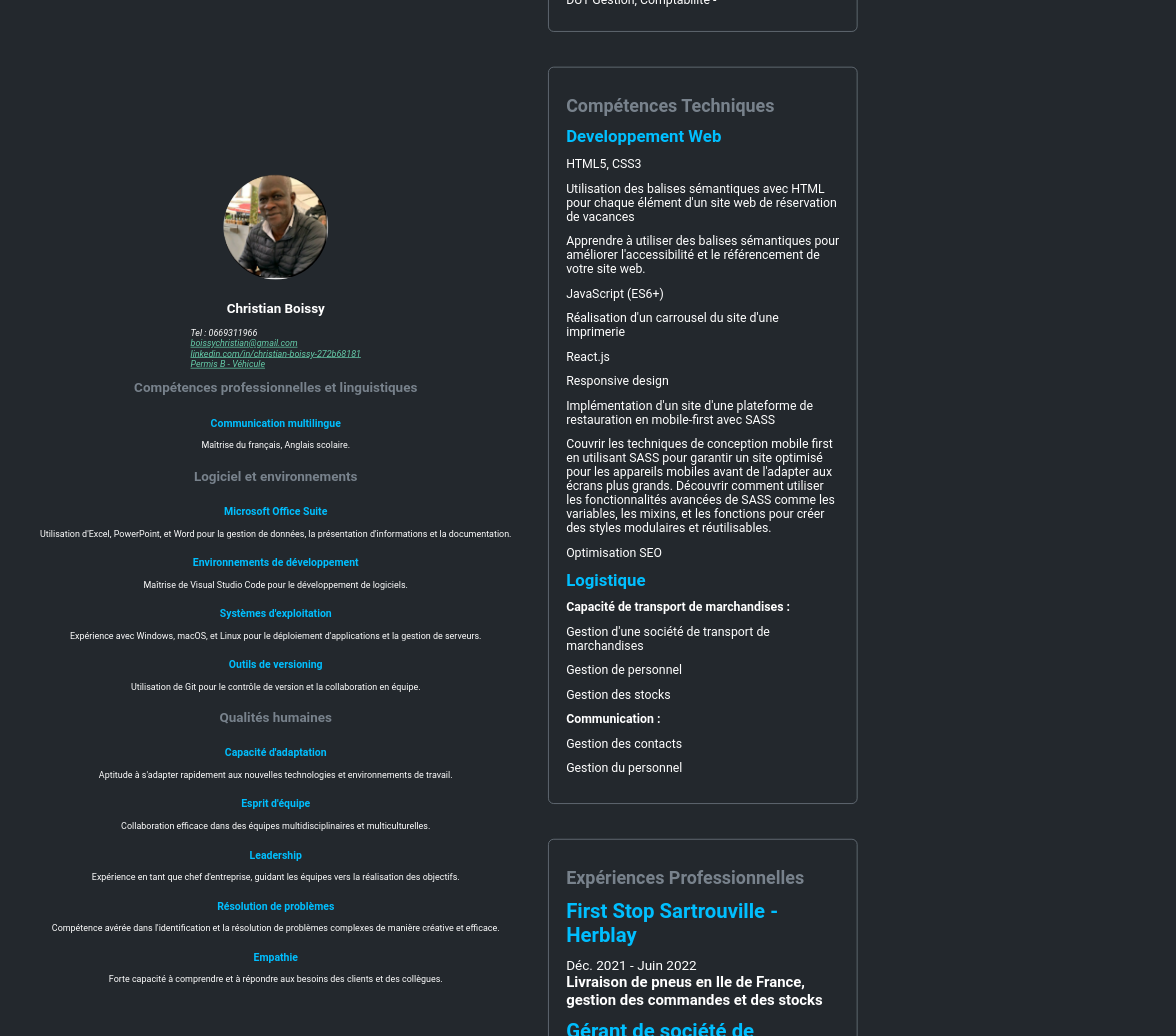
Repository: Christian121966/cv-logistique
Page: /
The author's editor kept a copy of each file at every save. The page is drawn from the files as they stood at one save, then again after a run of saves.
The browser window is 1280 px wide. The page is 1680 px wide, so the pictures cover 1680 px, including what lies to the right of the window. The pictures show the part of the page from y = 438 to 1918 px (the page is 2517 px tall before and 2572 px after), at 70% of full size.
The project was rebuilt for these pictures with package versions that can differ from the ones it lists, and the page was loaded fresh each time.

Above is the page before, as saved 2024-07-27 19:11:50.

After the next 5 saves:
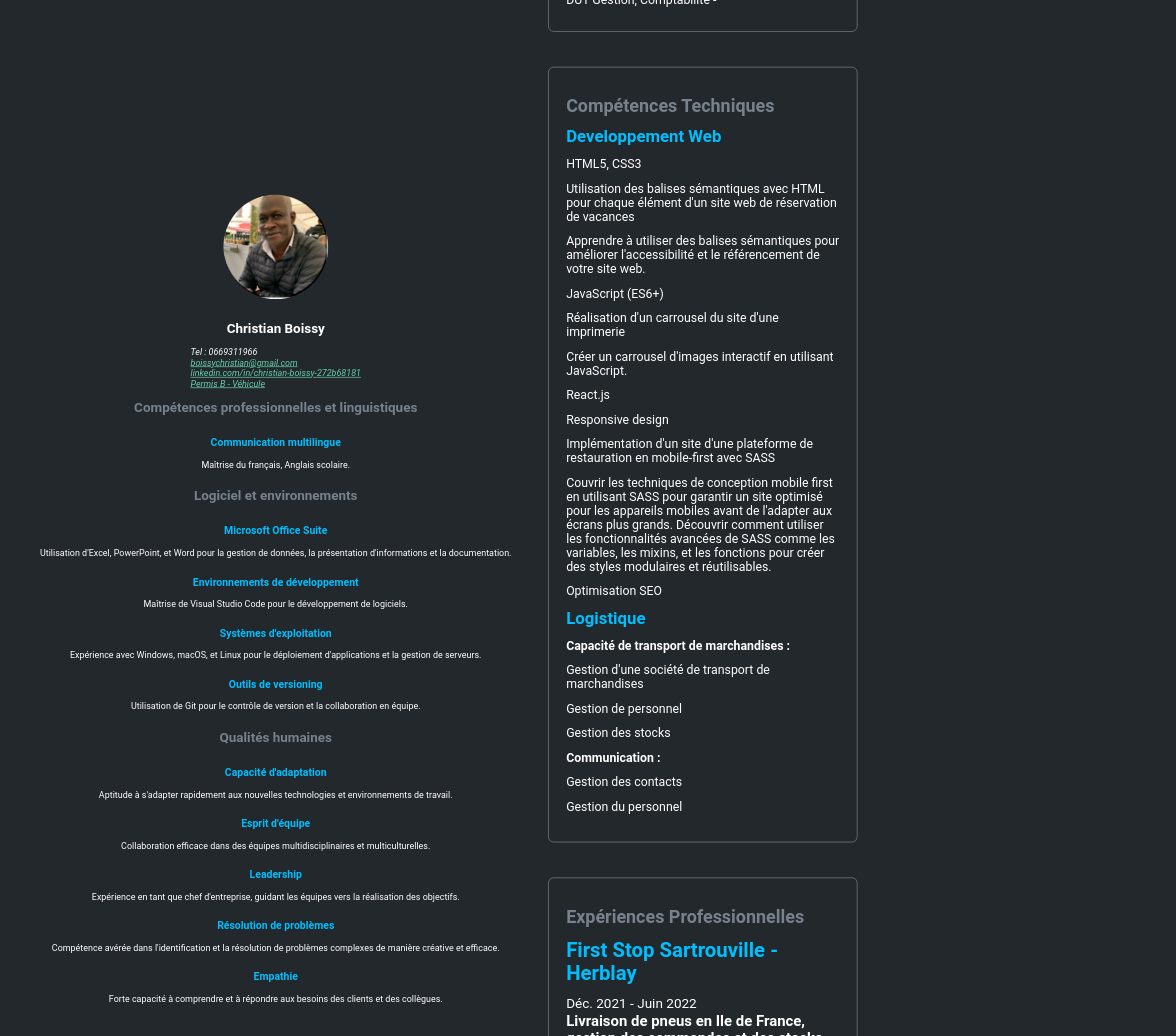
The 5 saves are shown as one change because they came seconds apart.
The last was saved 54 s later.
--- a/src/data/cvData.js
+++ b/src/data/cvData.js
@@ -19,6 +19,7 @@ const cvData = {
         "Apprendre à utiliser des balises sémantiques pour améliorer l'accessibilité et le référencement de votre site web.",
         "JavaScript (ES6+)",
         "Réalisation d'un carrousel du site d'une imprimerie",
+        "Créer un carrousel d'images interactif en utilisant JavaScript.",
         "React.js",
         "Responsive design",
         "Implémentation d'un site d'une plateforme de restauration en mobile-first avec SASS",
